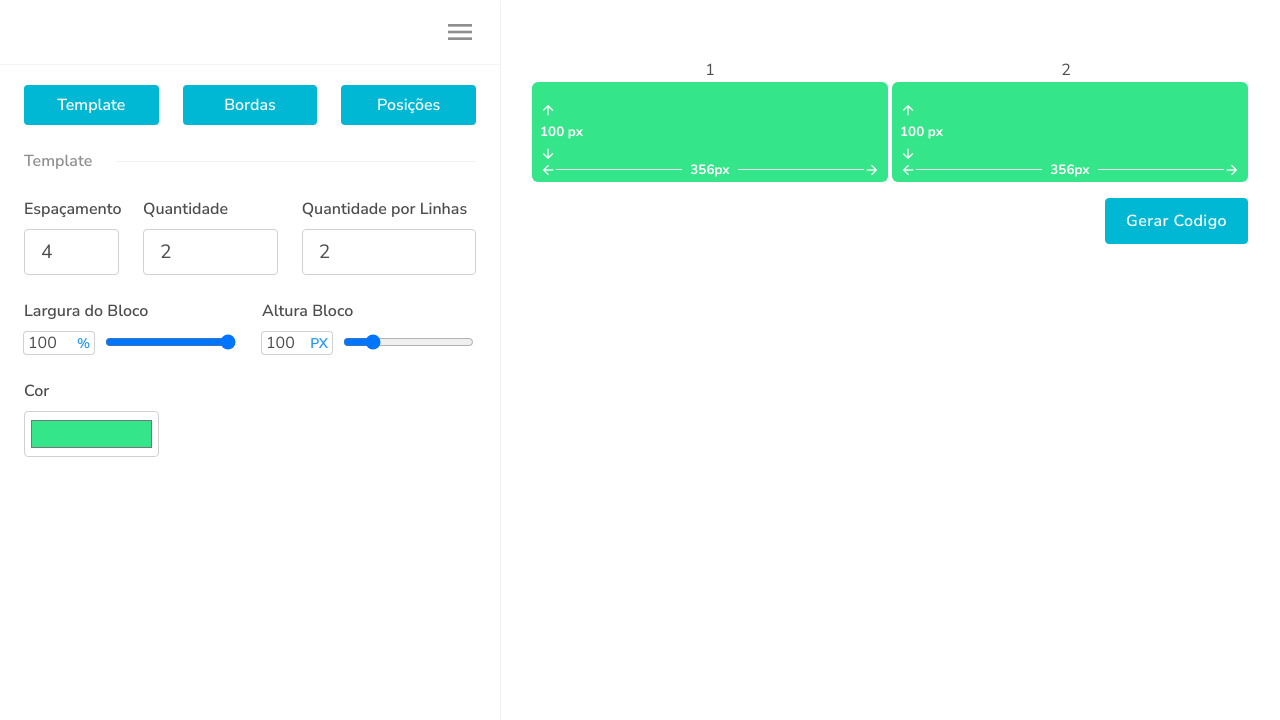
Repository: Flintdl/lowcode-elements
Page: /
These files come from the project's save history. The page is drawn as it stood at one moment and after the next save; the edit follows.
The browser window is 1280 px wide. The pictures show the whole page.
The project was rebuilt for these pictures with package versions that can differ from the ones it lists, and the page was loaded fresh each time. Also part of the build but not shown: vue.config.js.

Above is the page before, as saved 2022-04-06 12:27:12.

After the next save:
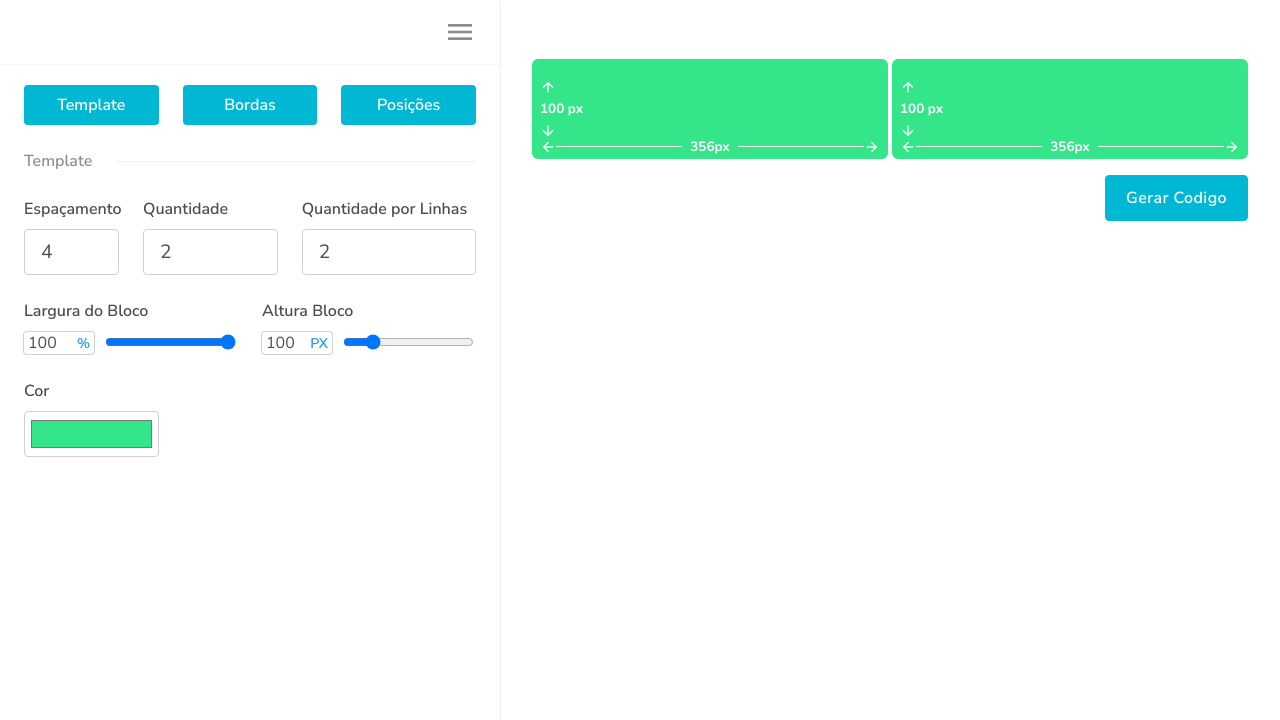
Saved 84 min 49 s later.
--- a/src/views/HomeView.vue
+++ b/src/views/HomeView.vue
@@ -24,10 +24,13 @@
               <span
                 v-bind:key="linha"
                 :style="widthProps"
-                class="sf-display-block"
+                :class="[
+                  'sf-display-flex sf-flex-wrap sf-width-100',
+                  'sf-justify-content-' + checkValue,
+                ]"
                 v-for="linha of Number(quantidadeLinha)"
-                >{{ linha }}</span
               >
+              </span>
             </div>
           </div>
           <div

After the 4 saves that followed:
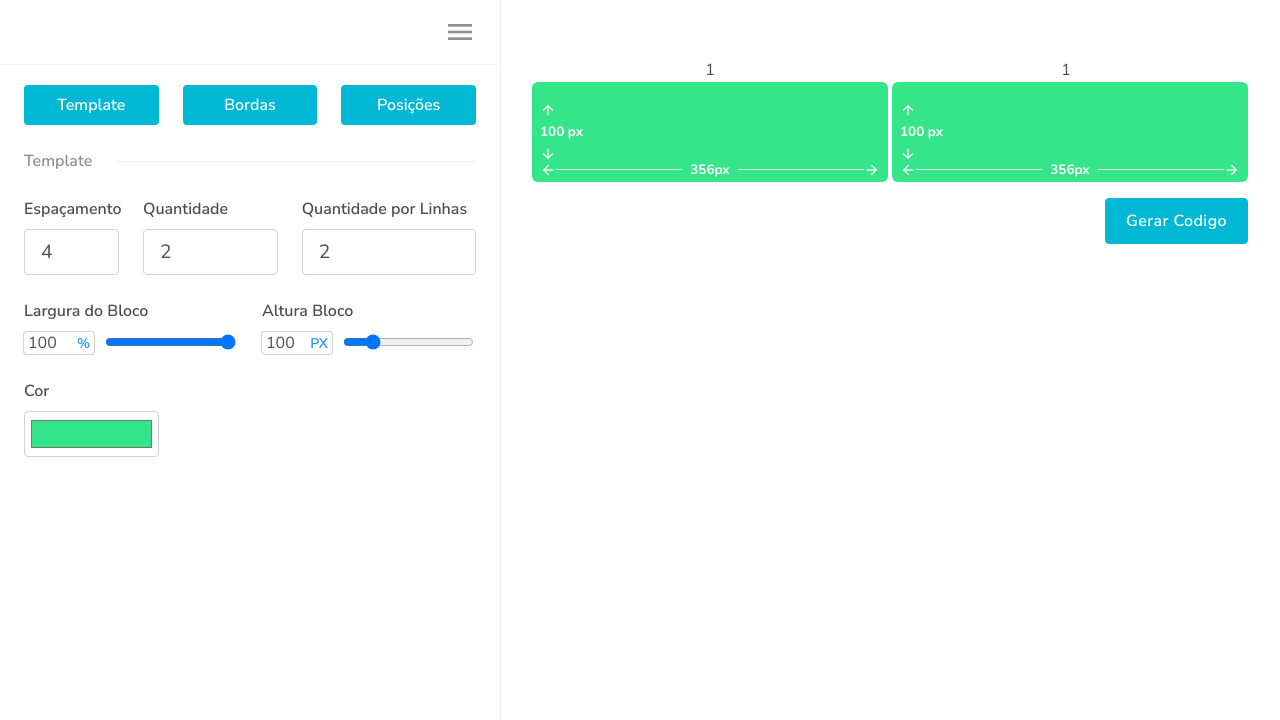
The 4 saves are shown as one change because 2 left the picture as it was and some came seconds apart.
The last was saved 23 s later.
--- a/src/views/HomeView.vue
+++ b/src/views/HomeView.vue
@@ -25,11 +25,12 @@
                 v-bind:key="linha"
                 :style="widthProps"
                 :class="[
-                  'sf-display-flex sf-flex-wrap sf-width-100',
+                  'sf-display-flex sf-flex-wrap',
                   'sf-justify-content-' + checkValue,
                 ]"
                 v-for="linha of Number(quantidadeLinha)"
               >
+                1
               </span>
             </div>
           </div>
